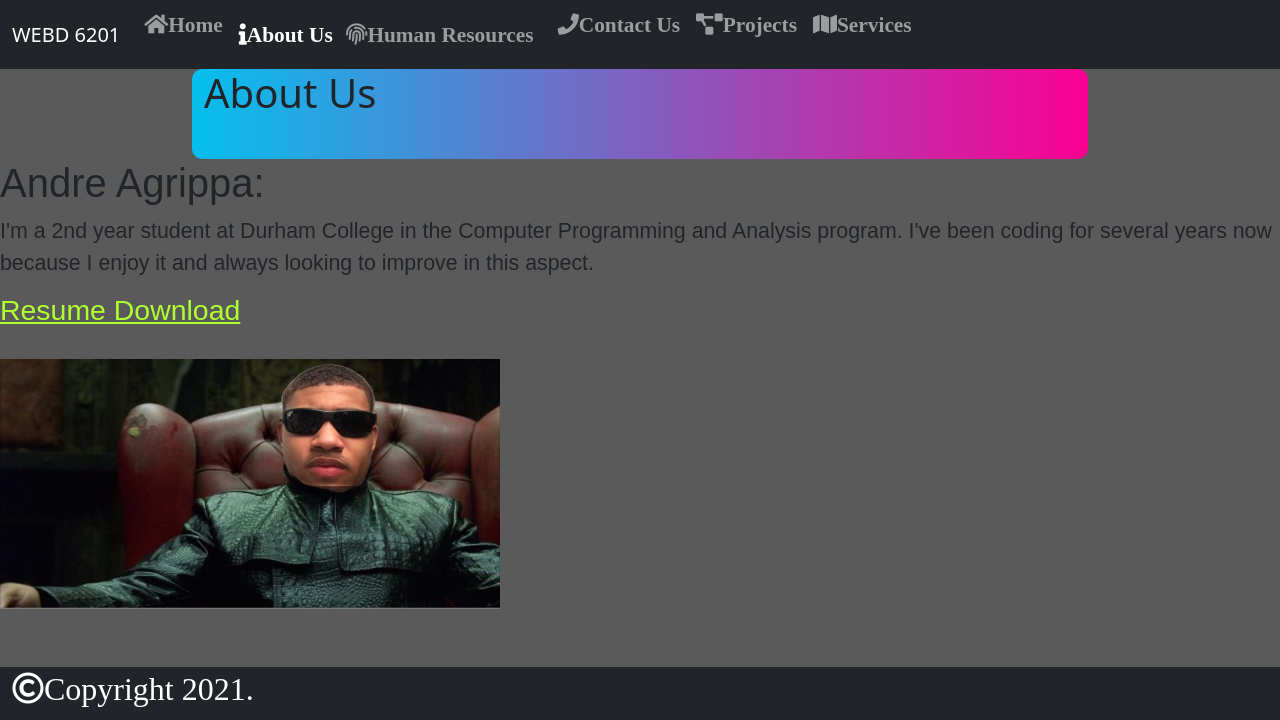
Repository: vans12345678/WEBD6201-W2021-Lab1
Page: about.html
The author's editor kept a copy of each file at every save. The page is drawn from the files as they stood at one save, then again after the next save.
The browser window is 1280 px wide. The pictures show the whole page.

Above is the page before, as saved 2021-02-02 20:37:34.

### about.html
<!DOCTYPE html>
<html lang="en">
<head>
    <meta charset="UTF-8">
    <meta name="viewport" content="width=device-width, initial-scale=1.0">
    <title>About Us</title>

    <!-- CSS Section -->
    <link rel="stylesheet" href="./node_modules/bootstrap/dist/css/bootstrap.min.css">
    <link rel="stylesheet" href="./node_modules/@fortawesome/fontawesome-free/css/all.min.css">
    <link rel="stylesheet" href="./Content/app.css">
</head>
<body>
  <!-- Main Header -->
    <header>
      <!-- Main Navigation -->
        <nav class="navbar navbar-expand-lg navbar-dark bg-dark">
            <div class="container-fluid">
              <a id ="navHome" class="navbar-brand" href="index.html"></a>
              <button class="navbar-toggler" type="button" data-bs-toggle="collapse" data-bs-target="#navbarSupportedContent" aria-controls="navbarSupportedContent" aria-expanded="false" aria-label="Toggle navigation">
                <span class="navbar-toggler-icon"></span>
              </button>
              <div class="collapse navbar-collapse" id="navbarSupportedContent">
                <ul class="navbar-nav me-auto mb-2 mb-lg-0">
                  <li class="nav-item">
                    <a id = "navIndex" class="nav-link fas fa-home fa-lg" aria-current="page" href="index.html"></a>
                  </li>
                  <li class="nav-item">
                    <a id = "navAbout" class="nav-link active fas fa-info fa-lg" aria-current="page" href="about.html"></a>
                  </li>
                  <!-- <li class="nav-item" id = "navHumanResources">
                  </li> -->
                  <li class="nav-item">
                    <a id = "navContact" class="nav-link fas fa-phone fa-lg" aria-current="page" href="contact.html"></a>
                  </li>
                  <li class="nav-item">
                    <a id = "navProjects" class="nav-link fas fa-project-diagram fa-lg" aria-current="page" href="projects.html">Products</a>
                  </li>
                  <li class="nav-item">
                    <a id = "navServices" class="nav-link fas fa-map fa-lg" aria-current="page" href="services.html"></a>
                  </li>
                </ul>
              </div>
            </div>
          </nav>
    </header>
  <!-- Main Contents -->
    <main>
        <h1 id = "aboutTitle"class = "container"></h1>
        <p id="aboutAText" class = "fa-lg aboutFont"></p>
    </main>
    <!-- Main Footer -->
    <footer>
      <nav class="navbar fixed-bottom navbar-dark bg-dark">
          <div class="container-fluid">
              <h4><i id = "footer" class="far fa-copyright fa-lg site-footer"></i></h4>
          </div>
        </nav>
  </footer>
    <!-- Script Section -->
    <script src="./node_modules/jquery/dist/jquery.min.js"></script>
    <script src="./node_modules/bootstrap/dist/js/bootstrap.bundle.min.js"></script>
    <script src="./Scripts/app.js"></script>
</body>
</html>

### Content/app.css
/* custom css goes here */
.Vapor {
    background-image: url('../images/vapor.jpg');
    background-repeat: no-repeat;
    background-attachment: fixed;
    background-size: 100% 100%;
  }
  a {
    color: greenyellow;
  }
  .aboutFont
  {
    font-family: Arial, Helvetica, sans-serif;
    line-height: 32px;
  }
  body
  {
    background-color: rgb(90, 90, 90);
  }
  h1.container{
    border-radius: 10px;
    width: 70%;
    height: 90px;
    margin: 0px auto;
    background: linear-gradient(90deg,#06bfee,#fb0093)
  }
  h1.projects{
    background-color: white;
  }
  .contact-table{
    width: 100%;
    margin:  50px auto;
    background-color: white;
  }
  .contact-form
  {
    width: 100%;
    margin:  100px auto;
  }
  .warnMessage
  {
    width: 90%;
    margin:  50px;
  }
  .site-footer {
    color:white;
  }

### Scripts/app.js
/************************************************************
 * Name: Andre Agrippa, Michai Pryce
 * Date: 01/20/2021
 * Description: This file adds functionality to the Home,
 * About Us, Human Resources, Contact Us, Projects and Services
 * pages.
 * Date Completed:
 */

"use strict";


(function(){

    function DisplayNav()
    {
        let navTextElement = document.getElementById("navHome").textContent = "WEBD 6201";
        navTextElement = document.getElementById("navIndex").textContent = "Home";
        navTextElement = document.getElementById("navAbout").textContent = "About Us";
        navTextElement = document.getElementById("navAbout").innerHTML += `</li>
            <a  class="nav-link fas fa-fingerprint" aria-current="page" href="human-resources.html">Human Resources</a>
            `;
        navTextElement = document.getElementById("navContact").textContent = "Contact Us";
        navTextElement = document.getElementById("navProjects").textContent = "Projects";
        navTextElement = document.getElementById("navServices").textContent = "Services";
        navTextElement = document.getElementById("footer").textContent = "Copyright 2021.";
    }

    function displayHome()
    {
        DisplayNav();
        let introText = "This is a simple site to demonstrate the specified requirements for Lab 1 WEBD 6201 - Client Side Scripting";
        let titleText = "Welcome to WEBD 6201";

        let introTextElement = document.getElementById("indexTitle").textContent = titleText;
        introTextElement = document.getElementById("indexParagraph").textContent = introText;

    }
    function displayAbout()
    {
        DisplayNav();

        //About Andre
        let aboutElement = document.getElementById("aboutTitle").textContent = "About Us";
        aboutElement = document.getElementById("aboutAText");
        aboutElement.innerHTML = `<h1>Andre Agrippa:</h1>
        <p class = "">I'm a 2nd year student at Durham College in the Computer Programming and Analysis program. I've been
        coding for several years now because I enjoy it and always looking to improve in this aspect.</p>
        <a class = "fa-lg" href="andre_resume.pdf" download>Resume Download</a></br></br>
        <img src="../images/morpheus.JPG" alt="" style="width:500px;height:250px;">`;

    }
    function displayProjects()
    {
        DisplayNav();

        //Projects 1
        let projectsElement = document.getElementById("projectsTitle").textContent = "Projects";
        projectsElement = document.getElementById("projectsText").innerHTML =
        `<h3>Project One: COBOL Item List</h3>
        <p>This project reads records from a .dat file, performs calculations on the data then outputs it to a .out file neatly formatted.</p>
        <img src="../images/p1.PNG" alt="" style="width:800px;height:500px;">`;

        //Projects 2
        projectsElement = document.getElementById("projectsText").innerHTML +=
        `<h3>Project Two: C#, XAML, MDF  Preferred Shares and Common Shares</h3>
        <p>This project uses XAML for the windows form and a database to keep track of common and preferred shares.
        The database keeps track of how many shares(common/preferred) are  available and validation is applied.</p>
        <img src="../images/p2.PNG" alt="" style="width:800px;height:500px;">`;

        //Projects 3
        projectsElement = document.getElementById("projectsText").innerHTML +=
        `<h3>Project Three: ASP.NET and MVC Framework Animal Shelter</h3>
        <p>This project is a web application that keeps track of animals, owners, appointment and login info in a database.
        Relational database concepts are applied.</p>
        <img src="../images/p3.PNG" alt="" style="width:800px;height:500px;">`;

    }
    function displayServices()
    {
        DisplayNav();
        let s1Header = "Web Development:";
        let s1Text = "We offer a variety of different web development (Front-end, Back-end, Databases). Languages (PHP, ASP.NET, JavaScript)";
        let s2Header = "Service 2:";
        let s2Text = "Service 2 text";
        let s3Header = "Service 3:";
        let s3Text = "Service 3 text";

        //Services 1
        let servicesElement = document.getElementById("servicesTitle").textContent = "Web Development";
        servicesElement = document.getElementById("servicesText").innerHTML =
        `<h3>Web Development:</h3>
        <p>We offer a variety of different web development (Front-end, Back-end, Databases). Languages (PHP, ASP.NET, JavaScript)</p>
        <img src="../images/s1.jpg" alt="" style="width:800px;height:500px;">`;

        //Services 2
        servicesElement = document.getElementById("servicesText").innerHTML +=
        `<h3>OOP Programming</h3>
        <p>We offer a variety of different Object Oriented Programming. We're experienced with C#, C++, Java etc.
        Whether it be windows forms applications, console applications GUI, etc.</p>
        <img src="../images/s2.png" alt="" style="width:800px;height:500px;">`;

        //Services 3
        servicesElement = document.getElementById("servicesText").innerHTML +=
        `<h3>Database Management System</h3>
        <p>It's been almost 3 years since we've had experience in database development. We've used software such as
        Microsoft SQL Server and PgAdmin4. Experienced with relational database concepts.</p>
        <img src="../images/s3.jpg" alt="" style="width:800px;height:500px;">`;


    }
    function displayContact()
    {
        DisplayNav();

        let messageArea = document.getElementById("messageArea");
        messageArea.hidden = true;

        //form validation
        let fullName = document.getElementById("fullName");
        fullName.addEventListener("blur", function()
        {
            if(fullName.value.length < 2)
            {
                fullName.focus();
                fullName.select();
                messageArea.hidden = false;
                messageArea.className = "alert alert-danger warnMessage";
                messageArea.textContent = "Please enter an appropriate name > 2 characters";
            }
            else
            {
                messageArea.removeAttribute("class");
                messageArea.hidden = true;
            }
        });
            let sendButton = document.getElementById("sendButton");
            sendButton.addEventListener("click", function(event)
            {
                //event.preventDefault();
                // //Displays twice?

                let contact = new Contact(fullName.value,contactNumber.value, emailAddress.value, shortMessage.value);

                console.log(contact.serialize());
                if(contact.serialize())
                {
                    localStorage.setItem((localStorage.length + 1).toString(),contact.serialize());
                }
            });
    }
    function displayContactList()
    {
        DisplayNav();
        if(localStorage.length > 0)
        {
            let contactList = document.getElementById("contactList");
            let data = "";

            for (let index = 0; index < localStorage.length; index++)
            {
                let contactData = localStorage.getItem((index + 1).toString());
                let contact = new Contact();

                contact.deserialize(contactData);

                data += `<tr>
                <th scope="row">${index + 1}</th>
                <td>${contact.FullName}</td>
                <td>${contact.ContactNumber}</td>
                <td>${contact.EmailAddress}</td>
                <td>${contact.ShortMessage}</td>
              </tr>`;
            }
            contactList.innerHTML = data;
        }

    }
    function displayHumanResources()
    {
        DisplayNav();
        // let navTextElement = document.getElementById("navHumanResources").innerHTML = `
        //     <a  class="nav-link fas fa-fingerprint fa-lg active" aria-current="page" href="human-resources.html">Human Resources</a>
        //     `;
    }

    function Start()
    {
        console.log("App Started...");

        //Based of title of html
        switch(document.title)
        {
            case "Index":
                displayHome();
                break;
            case "About Us":
                displayAbout();
                break;
            case "Projects":
                displayProjects();
                break;
            case "Services":
                displayServices();
                break;
            case "Contact Us":
                displayContact();
                break;
            case "Contact-List":
                displayContactList();
                break;
            case "Human Resources":
                displayHumanResources();
                break;
        }


    }

    window.addEventListener("load", Start);

})();

Loaded but not shown: node_modules/bootstrap/dist/css/bootstrap.min.css (library); node_modules/@fortawesome/fontawesome-free/css/all.min.css (library); node_modules/jquery/dist/jquery.min.js (library); node_modules/bootstrap/dist/js/bootstrap.bundle.min.js (library)

After the next save:
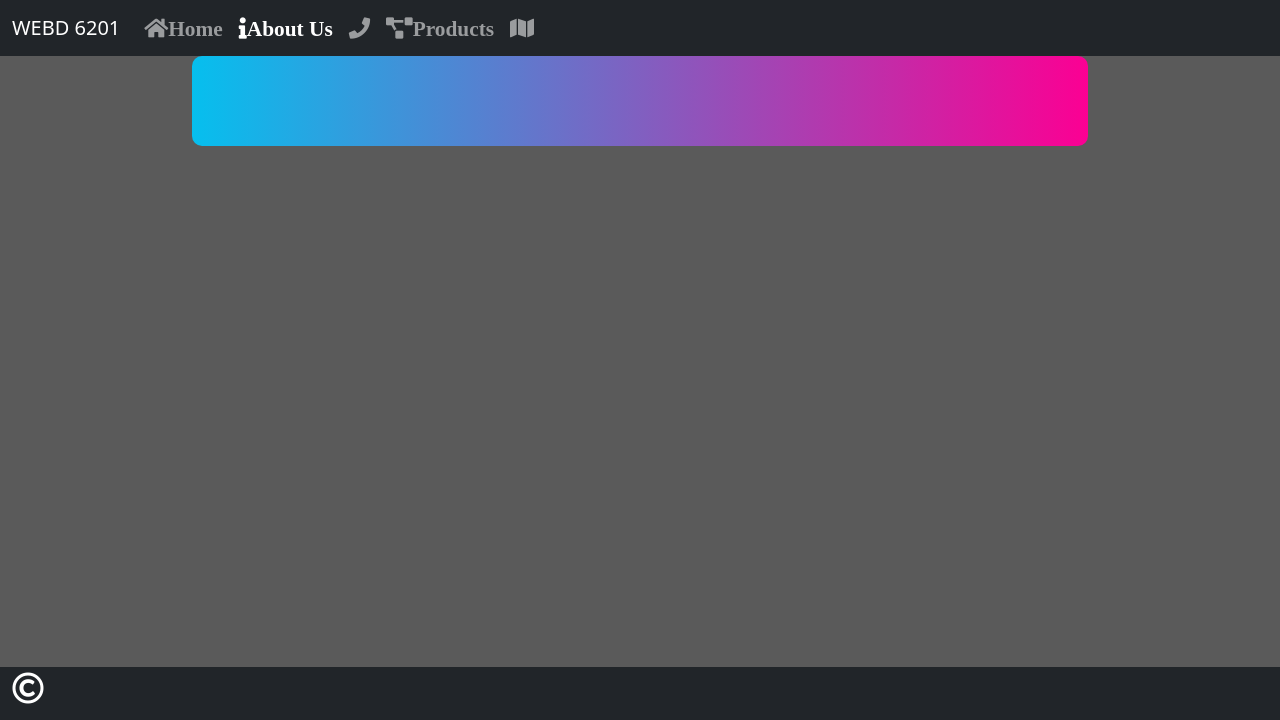
Console error: TypeError: Cannot set properties of null (setting 'innerHTML')
Saved 31 s later.
--- a/Scripts/app.js
+++ b/Scripts/app.js
@@ -17,8 +17,9 @@
         let navTextElement = document.getElementById("navHome").textContent = "WEBD 6201";
         navTextElement = document.getElementById("navIndex").textContent = "Home";
         navTextElement = document.getElementById("navAbout").textContent = "About Us";
-        navTextElement = document.getElementById("navAbout").innerHTML += `</li>
-            <a  class="nav-link fas fa-fingerprint" aria-current="page" href="human-resources.html">Human Resources</a>
+
+        navTextElement = document.getElementById("navHumanResources").innerHTML = `
+            <a  class="nav-link fas fa-fingerprint fa-lg" aria-current="page" href="human-resources.html">Human Resources</a>
             `;
         navTextElement = document.getElementById("navContact").textContent = "Contact Us";
         navTextElement = document.getElementById("navProjects").textContent = "Projects";
@@ -179,9 +180,9 @@
     function displayHumanResources()
     {
         DisplayNav();
-        // let navTextElement = document.getElementById("navHumanResources").innerHTML = `
-        //     <a  class="nav-link fas fa-fingerprint fa-lg active" aria-current="page" href="human-resources.html">Human Resources</a>
-        //     `;
+        let navTextElement = document.getElementById("navHumanResources").innerHTML = `
+            <a  class="nav-link fas fa-fingerprint fa-lg active" aria-current="page" href="human-resources.html">Human Resources</a>
+            `;
     }
 
     function Start()

After the 2 saves that followed:
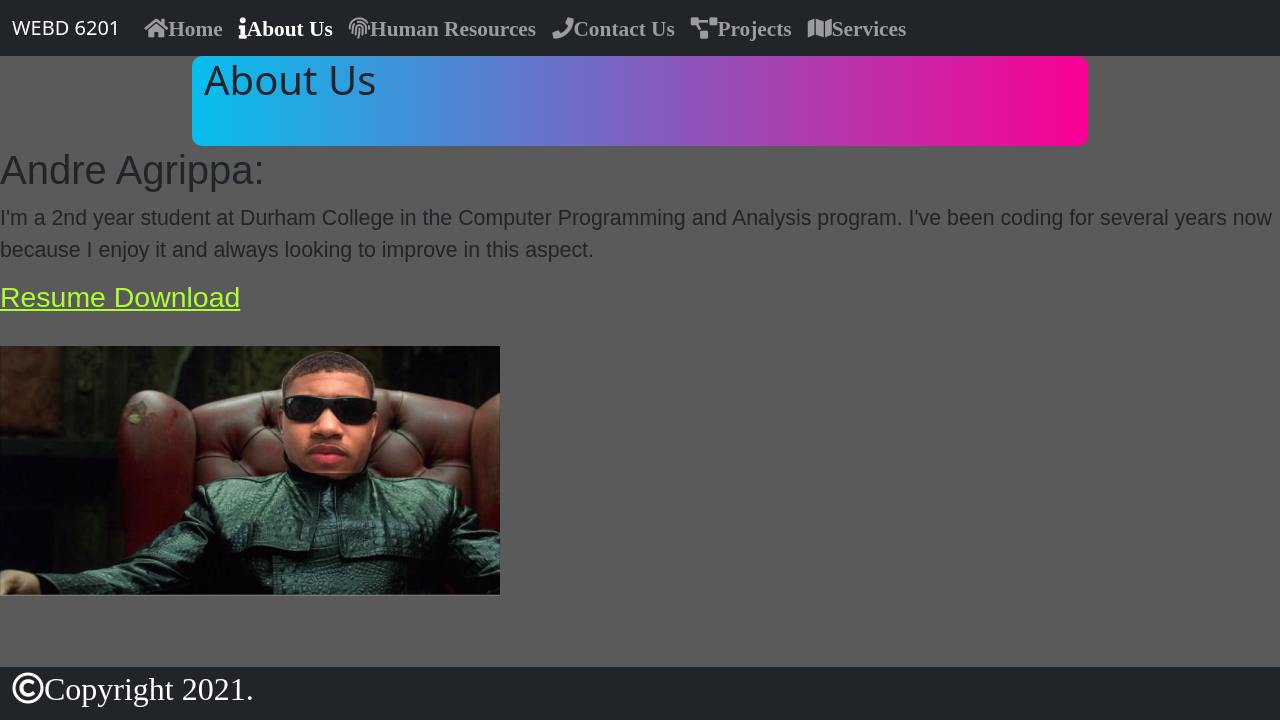
The error is gone.
The 2 saves are shown as one change because 1 left the picture as it was.
The last was saved 41 s later.
--- a/about.html
+++ b/about.html
@@ -28,8 +28,8 @@
                   <li class="nav-item">
                     <a id = "navAbout" class="nav-link active fas fa-info fa-lg" aria-current="page" href="about.html"></a>
                   </li>
-                  <!-- <li class="nav-item" id = "navHumanResources">
-                  </li> -->
+                  <li class="nav-item" id = "navHumanResources">
+                  </li>
                   <li class="nav-item">
                     <a id = "navContact" class="nav-link fas fa-phone fa-lg" aria-current="page" href="contact.html"></a>
                   </li>
--- a/Scripts/app.js
+++ b/Scripts/app.js
@@ -17,6 +17,7 @@
         let navTextElement = document.getElementById("navHome").textContent = "WEBD 6201";
         navTextElement = document.getElementById("navIndex").textContent = "Home";
         navTextElement = document.getElementById("navAbout").textContent = "About Us";
+
 
         navTextElement = document.getElementById("navHumanResources").innerHTML = `
             <a  class="nav-link fas fa-fingerprint fa-lg" aria-current="page" href="human-resources.html">Human Resources</a>
